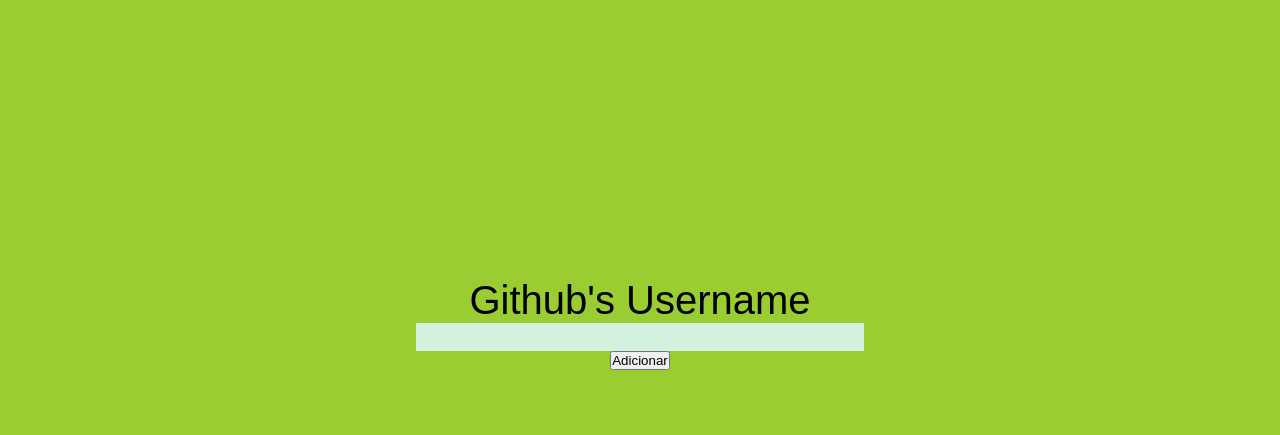
Repository: Orifiel/teste
Page: desafioMod4/desafioJavascritpt0402.html
An editor plug-in stored every save of this project. The page is shown before and after the next save, followed by the edit.
The browser window is 1280 px wide. The pictures show the whole page.
Some web fonts or font styles are not loaded; a fallback is used.

Above is the page before, as saved 2020-08-24 11:52:36.

### desafioMod4/desafioJavascritpt0402.html
<!DOCTYPE html>
<html lang="en">
<head>
    <meta charset="UTF-8">
    <meta name="viewport" content="width=device-width, initial-scale=1.0">
    <title>Document</title>
</head>
<style>
    @import url('https://fonts.googleapis.com/css2?family=Do+Hyeon&display=swap');
    *{
        padding: 0;
        margin: 0;
        box-sizing: border-box;
    }
    body{
        background: yellowgreen;
    }
   .container {
        display: flex;
        flex-direction: column;
        width: 70vw;
        height: 90vh;
        justify-content: center;
        align-items: center;
        margin: 0 auto;
    }
    label{
        font-size: 2.5rem;
        font-family: 'Do Hyeon', sans-serif;
    }
    input {
        outline: none;
        width: 50%;
        height: 28px;
        border: none;
        background: rgb(211, 241, 223);
    }


</style>
<body>
    <div class="container">
        <label for="username">Github's Username</label>
        <input type="text" name="username" id="username">
        <button onclick=''>Adicionar</button>
    </div>
 <script src="./desafioJavascritpt0402.js"></script>
</body>
</html>

### desafioMod4/desafioJavascritpt0402.js
/**
 * 2º exercício
Crie uma tela com um <input> que deve receber o nome de um usuário no Github. Após digitar o
nome do usuário e clicar no botão buscar a aplicação deve buscar pela API do Github (conforme
URL abaixo) os dados de repositórios do usuário e mostrá-los em tela:
URL de exemplo: https://api.github.com/users/diego3g/repos
Basta alterar "diego3g" pelo nome do usuário.
<input type="text" name="user">
<button onclick="">Adicionar</button>
Depois de preencher o input e adicionar, a seguinte lista deve aparecer abaixo:
<ul>
 <li>repo1</li>
 <li>repo2</li>
 <li>repo3</li>
 <li>repo4</li>
 <li>repo5</li>
</ul>

 */

After the next save:
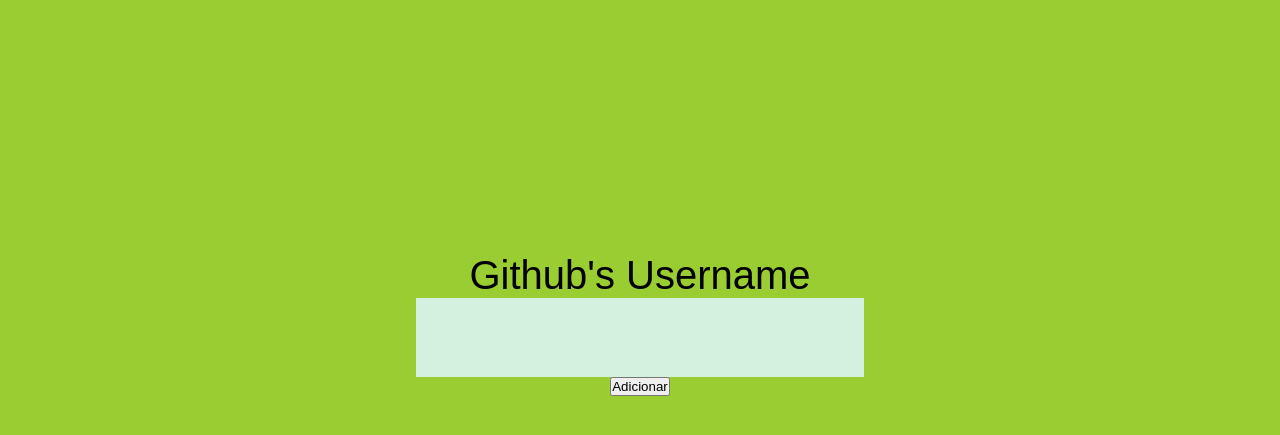
Saved 34 s later.
--- a/desafioMod4/desafioJavascritpt0402.html
+++ b/desafioMod4/desafioJavascritpt0402.html
@@ -31,9 +31,10 @@
     input {
         outline: none;
         width: 50%;
-        height: 28px;
+        padding: 2rem 5rem;
         border: none;
         background: rgb(211, 241, 223);
+
     }
 
 
